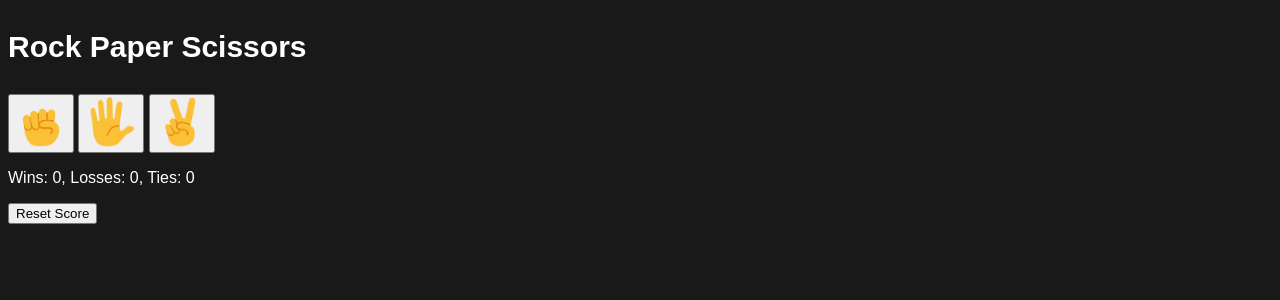
Repository: Samkiroko/Javascript-course
Page: 10-rock-paper-scissior.html
These files come from the project's save history. The page is drawn as it stood at one moment and after the next save; the edit follows.
The browser window is 1280 px wide. The pictures show the whole page.

Above is the page before, as saved 2023-08-28 11:23:30.

### 10-rock-paper-scissior.html
<!DOCTYPE html>
<html>
  <head>
    <title>Rock Paper Scissors</title>
    <style>
      body {
        background-color: #191919;
        color: white;
        font-family: sans-serif;
      }
      .title {
        font-size: 30px;
        font-weight: bold;
      }
      .move-icon {
        height: 50px;
      }
    </style>
  </head>
  <body>
    <p class="title">Rock Paper Scissors</p>
    <button
      onclick="
      playGame('rock');
    "
      class="move-button"
    >
      <img src="/img/rock-emoji.png" alt="Rock" srcset="" class="move-icon" />
    </button>

    <button
      onclick="
      playGame('paper');
    "
      class="move-button"
    >
      <img src="/img/paper-emoji.png" alt="paper" class="move-icon" />
    </button>

    <button
      onclick="
      playGame('scissors');
    "
      class="move-button"
    >
      <img src="/img/scissors-emoji.png" alt="Scissors" class="move-icon" />
    </button>
    <p class="js-result"></p>
    <p class="js-moves"></p>
    <p class="js-score"></p>

    <button
      onclick="
      score.wins = 0;
      score.losses = 0;
      score.ties = 0;
      localStorage.removeItem('score');
      updateScoreElement();
    "
    >
      Reset Score
    </button>

    <script>
      let score = JSON.parse(localStorage.getItem('score')) || {
        wins: 0,
        losses: 0,
        ties: 0,
      };

      updateScoreElement();

      /*
      if (!score) {
        score = {
          wins: 0,
          losses: 0,
          ties: 0
        };
      }
      */

      function playGame(playerMove) {
        const computerMove = pickComputerMove();

        let result = '';

        if (playerMove === 'scissors') {
          if (computerMove === 'rock') {
            result = 'You lose.';
          } else if (computerMove === 'paper') {
            result = 'You win.';
          } else if (computerMove === 'scissors') {
            result = 'Tie.';
          }
        } else if (playerMove === 'paper') {
          if (computerMove === 'rock') {
            result = 'You win.';
          } else if (computerMove === 'paper') {
            result = 'Tie.';
          } else if (computerMove === 'scissors') {
            result = 'You lose.';
          }
        } else if (playerMove === 'rock') {
          if (computerMove === 'rock') {
            result = 'Tie.';
          } else if (computerMove === 'paper') {
            result = 'You lose.';
          } else if (computerMove === 'scissors') {
            result = 'You win.';
          }
        }

        if (result === 'You win.') {
          score.wins += 1;
        } else if (result === 'You lose.') {
          score.losses += 1;
        } else if (result === 'Tie.') {
          score.ties += 1;
        }

        localStorage.setItem('score', JSON.stringify(score));

        updateScoreElement();

        document.querySelector('.js-result').innerHTML = result;
        document.querySelector(
          '.js-moves'
        ).innerHTML = `You picked ${playerMove} - Computer picked ${computerMove}.`;
      }

      function updateScoreElement() {
        document.querySelector(
          '.js-score'
        ).innerHTML = `Wins: ${score.wins}, Losses: ${score.losses}, Ties: ${score.ties}`;
      }

      function pickComputerMove() {
        const randomNumber = Math.random();

        let computerMove = '';

        if (randomNumber >= 0 && randomNumber < 1 / 3) {
          computerMove = 'rock';
        } else if (randomNumber >= 1 / 3 && randomNumber < 2 / 3) {
          computerMove = 'paper';
        } else if (randomNumber >= 2 / 3 && randomNumber < 1) {
          computerMove = 'scissors';
        }

        return computerMove;
      }
    </script>
  </body>
</html>

After the next save:
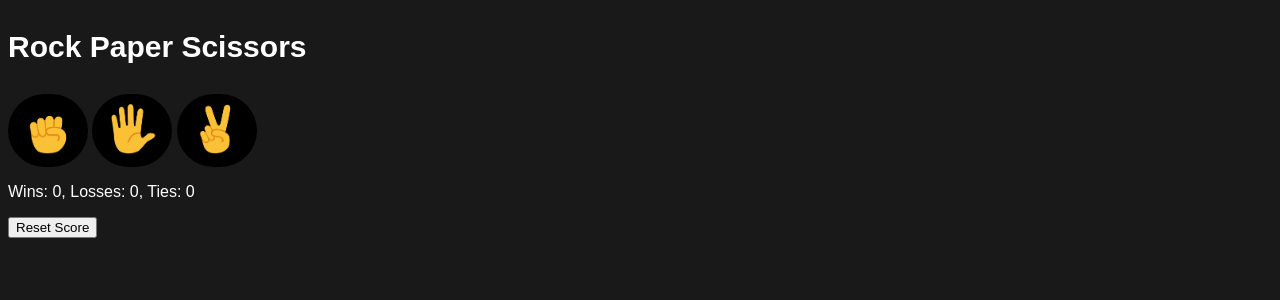
Saved 18 s later.
--- a/10-rock-paper-scissior.html
+++ b/10-rock-paper-scissior.html
@@ -14,6 +14,18 @@
       }
       .move-icon {
         height: 50px;
+      }
+      .move-button {
+        border: none;
+        background-color: black;
+        color: white;
+        padding-top: 10px;
+        padding-bottom: 10px;
+        padding-left: 15px;
+        padding-right: 15px;
+        font-weight: bold;
+        border-radius: 50px;
+        cursor: pointer;
       }
     </style>
   </head>
